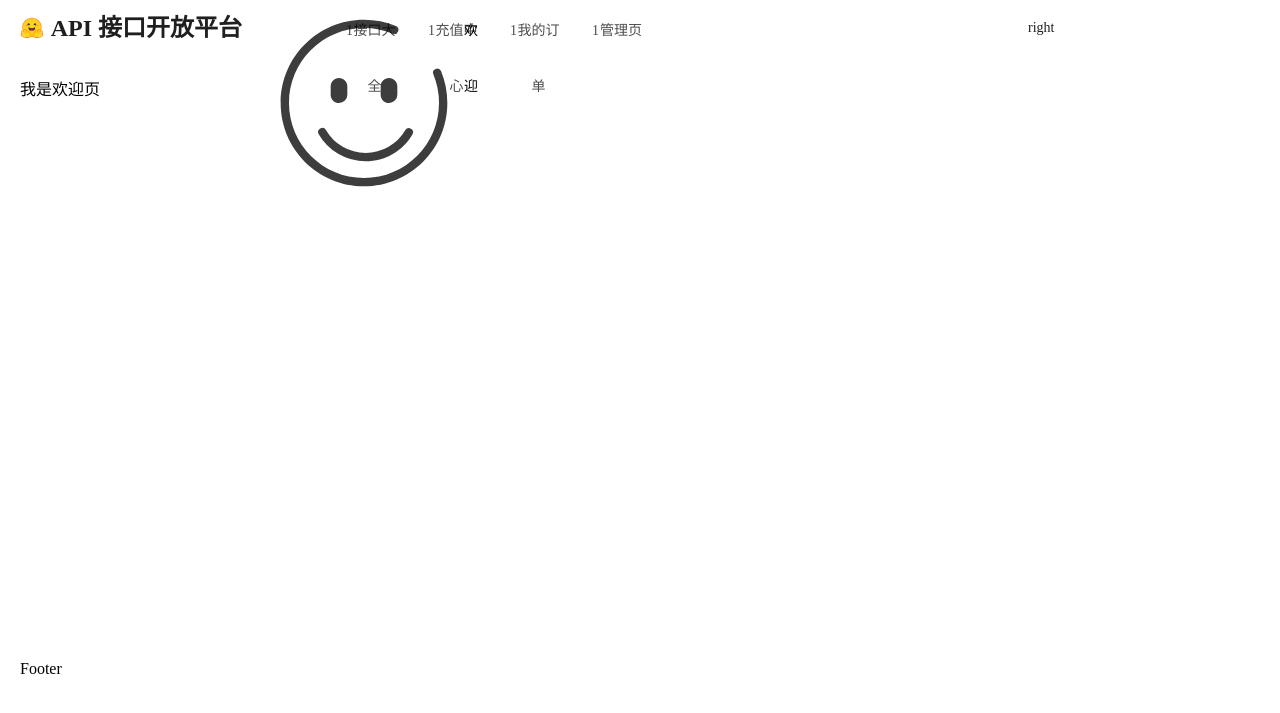
Repository: 202100202078/SignInBox
Page: /
The author's editor kept a copy of each file at every save. The page is drawn from the files as they stood at one save, then again after the next save.
The browser window is 1280 px wide. The pictures show the whole page.
The project was rebuilt for these pictures with package versions that can differ from the ones it lists, and the page was loaded fresh each time. Also part of the build but not shown: vite.config.js, src/components/FilterLayout.vue, src/components/PageFooter.vue, src/components/TableLayout.vue, src/components/ToolTip.vue.

Above is the page before, as saved 2023-11-23 21:02:41.

After the next save:
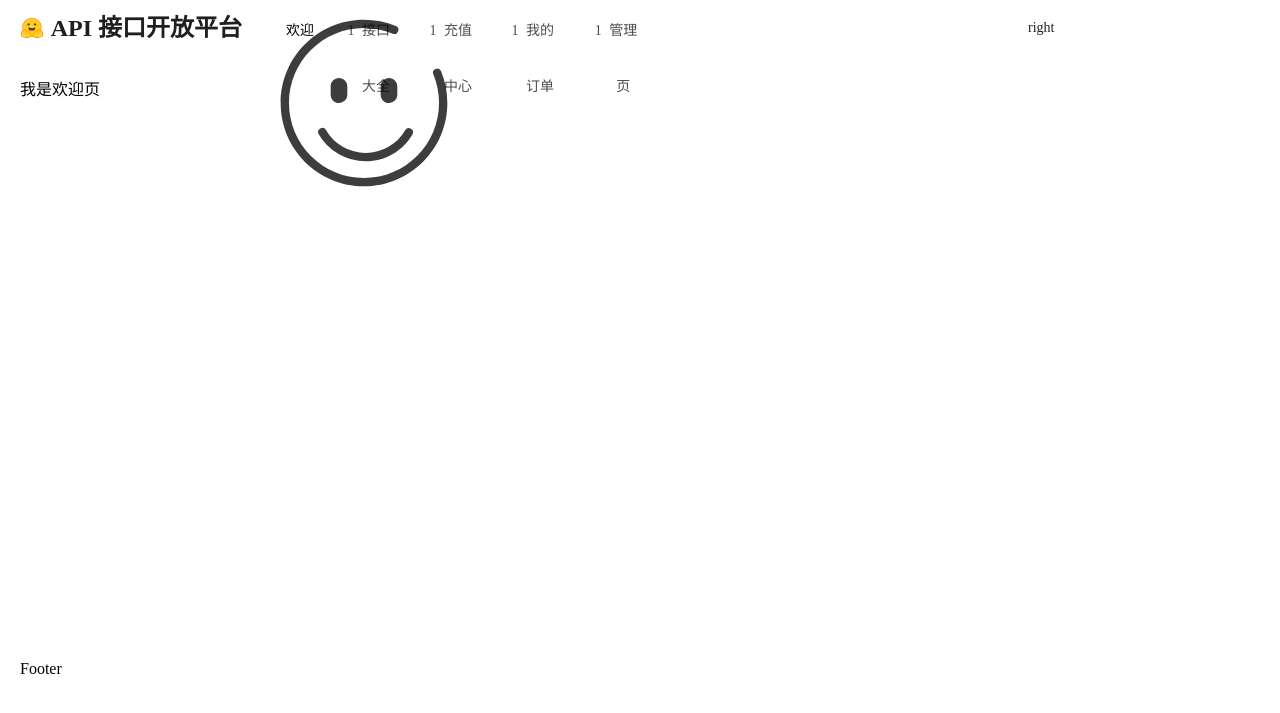
Saved 15 s later.
--- a/src/views/layout/LayOutContainer.vue
+++ b/src/views/layout/LayOutContainer.vue
@@ -113,7 +113,8 @@ const cur = ref(0)
               cursor: pointer;
             }
             .icon {
-              font-size: 14px;
+              width: 14px;
+              height: 14px;
             }
           }
           .active {
